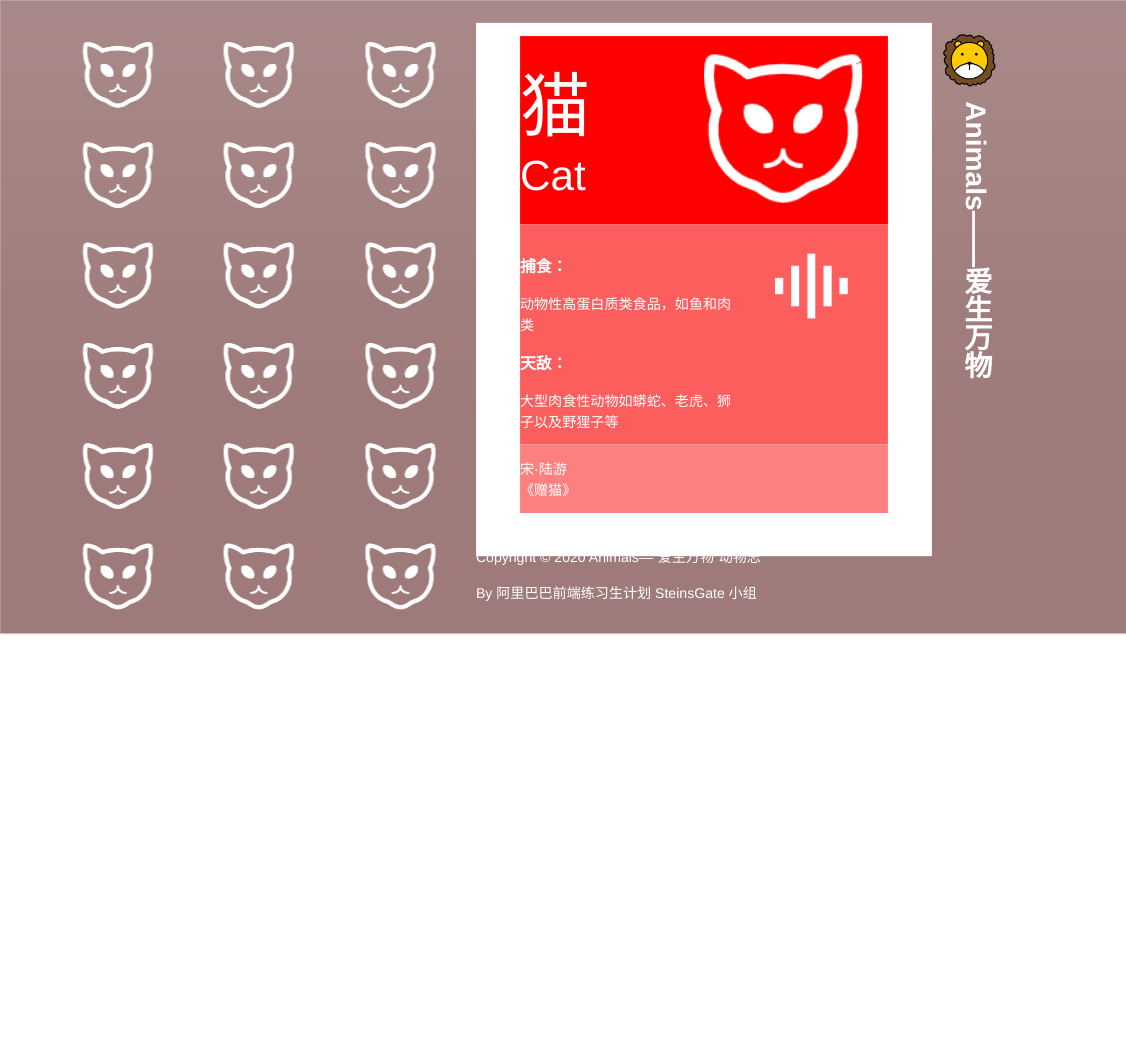
Repository: Whiskeyi/Animals
Page: /
An editor plug-in stored every save of this project. The page is shown before and after the next save, followed by the edit.
The browser window is 1280 px wide. The pictures show the whole page, at 88% of full size.
The project was rebuilt for these pictures with package versions that can differ from the ones it lists, and the page was loaded fresh each time.

Above is the page before, as saved 2021-11-16 00:33:45.

### public/index.html
<!DOCTYPE html>
<html lang="en">
  <head>
    <meta charset="utf-8">
    <meta http-equiv="X-UA-Compatible" content="IE=edge">
    <meta name="viewport" content="width=device-width,initial-scale=1.0">
    <link rel="icon" href="<%= BASE_URL %>favicon.ico">
    <title>Animals</title>
  </head>
  <body>
    <noscript>
      <strong>We're sorry but animals doesn't work properly without JavaScript enabled. Please enable it to continue.</strong>
    </noscript>
    <div id="app"></div>
    <!-- built files will be auto injected -->
  </body>
</html>

### src/main.js
import Vue from 'vue'
import App from './App.vue'
import router from './router'
import store from './store'
import './plugins/element.js' // 引入element-ui

Vue.config.productionTip = false

new Vue({
  router,
  store,
  render: h => h(App)
}).$mount('#app')

### src/App.vue
<template>
  <div id="app">
    <!-- 入口 -->
    <router-view/>
  </div>
</template>

<style lang="scss">
#app {
  font-family: 'Avenir', Helvetica, Arial, sans-serif;
  -webkit-font-smoothing: antialiased;
  -moz-osx-font-smoothing: grayscale;
}

html, body {  // 去除白边
    width: 100%;
    height: 100%;
    margin: 0;
    padding: 0;
    position: relative;
}

</style>

### src/router.js
// 路由
import Vue from 'vue'
import Router from 'vue-router'
import Home from './views/Home.vue'

Vue.use(Router)

export default new Router({
  mode: 'history',
  base: process.env.BASE_URL,
  routes: [
    {
      path: '/',
      name: 'home',
      component: Home
    }
  ]
})

### src/plugins/element.js
// 引入element-ui
import Vue from 'vue'

import ElementUI from 'element-ui';
import 'element-ui/lib/theme-chalk/index.css';

Vue.use(ElementUI);

### src/views/Home.vue
<template>
  <div class="home">
    <!-- 背景+光泽效果 -->
    <div class="bg">
      <Gloss></Gloss>
    </div>
    <!-- 页面容器 -->
    <div class="container">
      <!-- 左侧展示模块 -->
      <div id="leftContainer">
        <LeftMain></LeftMain>
      </div>
      <!-- 右侧展示模块 -->
      <div id="rightContainer">
        <!-- 输出信息 -->
          <Info></Info>
          <!-- 右侧标题 -->
          <RightHead></RightHead>
          <!-- 尾部 -->
          <Footer></Footer>
      </div>
    </div>
  </div>
</template>

<script>
// @ is an alias to /src
// 组件引入
import Gloss from '@/components/Gloss'
import Footer from '@/components/Footer'
import Info from '@/components/Info'
import RightHead from '@/components/right-head'
import LeftMain from '@/components/left-main'

export default {
  name: 'home',
  components: {
    Gloss,Footer,Info,RightHead,LeftMain
  }
}
</script>

<style lang="scss" scoped>
.home {
  // 滚动条样式修改（待定）
}
.bg {
  height: 100%;
  width: 100%;
  background-color:rgb(158, 122, 122);
  position: fixed;
  transition: background-color 2s ease-in; // 背景颜色2S过渡
  filter: blur(0.5px); // 背景高斯模糊
  // z-index: -9; //暂时注释,影响调试
}
#leftContainer {
  position: absolute;
  left: 10%;
  width: 30%;
  height: 100%;
  margin: 0 auto;
}
#rightContainer {
  position: fixed;
  right: 10%;
  width: 50%;
  height: 100%;
  margin: 0 auto;
}
@media screen and (max-width: 1440px) { // 屏幕小于1440px样式
  #leftContainer {
  position: absolute;
  left: 5%;
  width: 36%;
  height: 100%;
  margin: 0 auto;
}
#rightContainer {
  position: fixed;
  right: 5%;
  width: 54%;
  height: 100%;
  margin: 0 auto;
}
}
</style>

### src/components/Gloss/index.vue
<template>
<!-- 实现光泽效果,丰富背景颜色 -->
<div id="gloss"></div>
</template>

<script>
export default {

}
</script>

<style lang="scss" scoped>
#gloss {
    position: fixed;
    width: 100%;
    height: 478px;
    background: url('../../assets/gloss.png') repeat-x;
    // z-index: -8;  //暂时注释,影响调试
}
</style>

### src/components/Footer/index.vue
<template>
  <div class="footerContainer">
      <p>Copyright © 2020 Animals—“爱生万物”动物志</p>
      <p>By 阿里巴巴前端练习生计划 SteinsGate 小组</p>
  </div>
</template>

<script>
export default {

}
</script>

<style lang="scss" scoped>
.footerContainer {
    position: fixed;
    bottom: 0;
    font-size: 1rem;
    color:#fff;
    margin:0 0 20px 16px;
}
</style>

### src/components/Info/index.vue
<template>
  <div class="infoContainer">
    <div class="infPadding">
    <Introduce></Introduce>
    <HabbitVoice></HabbitVoice>
    <IntroduceBottom></IntroduceBottom>
    </div>
  </div>
</template>

<script>
import Introduce from './Introduce'
import HabbitVoice from './habbit-voice'
import IntroduceBottom from './introduce-bottom'
export default {
  name: 'Info',
  components: {
    Introduce, HabbitVoice, IntroduceBottom
  }
}
</script>

<style lang="scss" scoped>
.infoContainer {
    float: left;
    z-index: 10000;
    width: 82%;
    height: 80%;
    margin: 26px 0 0 16px;
    padding: 15px 0px;
    background-color: #fff;
    color:#fff;
}
.infPadding {
  padding: 0 50px;
}
.infoContainer logo {
    position: absolute;
}
@media screen and (max-width: 1440px) { // 屏幕小于1440px样式
  .infoContainer {
    float: left;
    z-index: 10000;
    width: 75%;
    height: 80%;
    margin: 26px 0 0 16px;
    background-color: #fff;
}
}
</style>

### src/components/right-head/index.vue
<template>
  <div class="rightHeadContainer">
      <el-image class="logo" alt="logo" :src="require('@/icons/index.png')"></el-image>
      <h1 class="vertical">Animals——爱生万物</h1>
  </div>
</template>

<script>
export default {

}
</script>

<style lang="scss" scoped>
.rightHeadContainer {
    float: left;
    height: 400px;
    width: 100px;
    margin: 26px 0 0 16px;
}
.vertical {
    writing-mode: vertical-lr;
    padding-left: 5px;
    color: #fff;
}
@media screen and (max-width: 1440px) { // 屏幕小于1440px样式
    .rightHeadContainer {
        float: left;
        height: 400px;
        width:85px;
        margin: 26px 0 0 0;
    }
    .vertical {
        writing-mode: vertical-lr;
        padding-right: 0;
        color: #fff;
    }
}
</style>

### src/components/left-main/index.vue
<template>
  <div class="leftContainer">
    <el-row :gutter="20" type="flex" justify="center">
      <el-col :span="8">
        <el-image class="logo" alt="logo" :src="require('@/icons//animals/cat.png')"></el-image>
      </el-col>
      <el-col :span="8">
        <el-image class="logo" alt="logo" :src="require('@/icons//animals/cat.png')"></el-image>
      </el-col>
      <el-col :span="8">
        <el-image class="logo" alt="logo" :src="require('@/icons//animals/cat.png')"></el-image>
      </el-col>
    </el-row>
    <el-row :gutter="20" type="flex" justify="center">
      <el-col :span="8">
        <el-image class="logo" alt="logo" :src="require('@/icons//animals/cat.png')"></el-image>
      </el-col>
      <el-col :span="8">
        <el-image class="logo" alt="logo" :src="require('@/icons//animals/cat.png')"></el-image>
      </el-col>
      <el-col :span="8">
        <el-image class="logo" alt="logo" :src="require('@/icons//animals/cat.png')"></el-image>
      </el-col>
    </el-row>
    <el-row :gutter="20" type="flex" justify="center">
      <el-col :span="8">
        <el-image class="logo" alt="logo" :src="require('@/icons//animals/cat.png')"></el-image>
      </el-col>
      <el-col :span="8">
        <el-image class="logo" alt="logo" :src="require('@/icons//animals/cat.png')"></el-image>
      </el-col>
      <el-col :span="8">
        <el-image class="logo" alt="logo" :src="require('@/icons//animals/cat.png')"></el-image>
      </el-col>
    </el-row>
    <el-row :gutter="20" type="flex" justify="center">
      <el-col :span="8">
        <el-image class="logo" alt="logo" :src="require('@/icons//animals/cat.png')"></el-image>
      </el-col>
      <el-col :span="8">
        <el-image class="logo" alt="logo" :src="require('@/icons//animals/cat.png')"></el-image>
      </el-col>
      <el-col :span="8">
        <el-image class="logo" alt="logo" :src="require('@/icons//animals/cat.png')"></el-image>
      </el-col>
    </el-row>
    <el-row :gutter="20" type="flex" justify="center">
      <el-col :span="8">
        <el-image class="logo" alt="logo" :src="require('@/icons//animals/cat.png')"></el-image>
      </el-col>
      <el-col :span="8">
        <el-image class="logo" alt="logo" :src="require('@/icons//animals/cat.png')"></el-image>
      </el-col>
      <el-col :span="8">
        <el-image class="logo" alt="logo" :src="require('@/icons//animals/cat.png')"></el-image>
      </el-col>
    </el-row>
    <el-row :gutter="20" type="flex" justify="center">
      <el-col :span="8">
        <el-image class="logo" alt="logo" :src="require('@/icons//animals/cat.png')"></el-image>
      </el-col>
      <el-col :span="8">
        <el-image class="logo" alt="logo" :src="require('@/icons//animals/cat.png')"></el-image>
      </el-col>
      <el-col :span="8">
        <el-image class="logo" alt="logo" :src="require('@/icons//animals/cat.png')"></el-image>
      </el-col>
    </el-row>
    <el-row :gutter="20" type="flex" justify="center">
      <el-col :span="8">
        <el-image class="logo" alt="logo" :src="require('@/icons//animals/cat.png')"></el-image>
      </el-col>
      <el-col :span="8">
        <el-image class="logo" alt="logo" :src="require('@/icons//animals/cat.png')"></el-image>
      </el-col>
      <el-col :span="8">
        <el-image class="logo" alt="logo" :src="require('@/icons//animals/cat.png')"></el-image>
      </el-col>
    </el-row>
    <el-row :gutter="20" type="flex" justify="center">
      <el-col :span="8">
        <el-image class="logo" alt="logo" :src="require('@/icons//animals/cat.png')"></el-image>
      </el-col>
      <el-col :span="8">
        <el-image class="logo" alt="logo" :src="require('@/icons//animals/cat.png')"></el-image>
      </el-col>
      <el-col :span="8">
        <el-image class="logo" alt="logo" :src="require('@/icons//animals/cat.png')"></el-image>
      </el-col>
    </el-row>
    <el-row :gutter="20" type="flex" justify="center">
      <el-col :span="8">
        <el-image class="logo" alt="logo" :src="require('@/icons//animals/cat.png')"></el-image>
      </el-col>
      <el-col :span="8">
        <el-image class="logo" alt="logo" :src="require('@/icons//animals/cat.png')"></el-image>
      </el-col>
      <el-col :span="8">
        <el-image class="logo" alt="logo" :src="require('@/icons//animals/cat.png')"></el-image>
      </el-col>
    </el-row>
    <el-row :gutter="20" type="flex" justify="center">
      <el-col :span="8">
        <el-image class="logo" alt="logo" :src="require('@/icons//animals/cat.png')"></el-image>
      </el-col>
      <el-col :span="8">
        <el-image class="logo" alt="logo" :src="require('@/icons//animals/cat.png')"></el-image>
      </el-col>
      <el-col :span="8">
        <el-image class="logo" alt="logo" :src="require('@/icons//animals/cat.png')"></el-image>
      </el-col>
    </el-row>
  </div>
</template>

<script>
export default {

}
</script>

<style lang="scss" scoped>
.leftContainer {
  padding: 30px 0;
  width: 100%;
  text-align: center;
}
.leftContainer .logo {
  width: 110px;
  height: 110px;
  padding: 20px 0;
}
 @media screen and (max-width: 1440px) { // 屏幕小于1440px样式
  .leftContainer .logo {
    height: 80px;
    width: 80px;
    padding: 15px 0;
  }
 }
</style>

### src/components/Info/Introduce/index.vue
<template>
  <div class="introduce">
      <el-row class="intContainer">
          <el-col :span="12">
              <div class="title">猫</div>
              <div class="subTitle">Cat</div>
          </el-col>
          <el-col :span="12">
            <el-image class="logo" alt="logo" :src="require('@/icons/animals/cat.png')"></el-image>
          </el-col>
      </el-row>
  </div>
</template>

<script>
export default {

}
</script>

<style lang="scss" scoped>
.introduce {
    background-color: red;
    height: 30%;
    width: 100%;
}
.intContainer {
    padding: 15px 0;
}
.logo {
    height: 180px;
    width: 180px;
}
.title {
    font-size: 80px;
}
.subTitle {
    font-size: 48px;
}
</style>

### src/components/Info/habbit-voice/index.vue
<template>
  <div class="habVoice">
       <el-row class="habContainer">
          <el-col class="habContent" :span="14">
              <p class="foodTitle">捕食：</p>
              <div class="food">动物性高蛋白质类食品，如鱼和肉类</div>
              <p class="enemyTitle">天敌：</p>
              <div class="enemy">大型肉食性动物如蟒蛇、老虎、狮子以及野狸子等</div>
          </el-col>
          <el-col :span="10">
            <el-image class="logo" alt="logo" :src="require('@/icons/voice.png')"></el-image>
          </el-col>
      </el-row>
  </div>
</template>

<script>
export default {

}
</script>

<style lang="scss" scoped>
.habVoice {
    background-color: rgb(252, 94, 94);
    height: 30%;
    text-align: center;
}
.habContainer {
    padding: 15px 0;
}
.habContent p {
    font-size: 18px;
    font-weight: bold;
    text-align: left;
}
.habContent div {
    font-size: 16px;
    text-align: left;
}
.logo {
    height: 110px;
    width: 110px;
}
</style>

### src/components/Info/introduce-bottom/index.vue
<template>
<div class="fooBottom">
     <el-row class="botContainer">
          <el-col class="poem" :span="10">
              <div class="content"></div>
              <div class="author">宋·陆游</div>
              <div class="poemTitle">《赠猫》</div>
              <!-- <p class="foodTitle">捕食：</p>
              <div class="food">动物性高蛋白质类食品，如鱼和肉类</div>
              <p class="enemyTitle">天敌：</p>
              <div class="enemy">大型肉食性动物如蟒蛇、老虎、狮子以及野狸子等</div> -->
          </el-col>
          <el-col :span="14">

          </el-col>
      </el-row>
</div>
</template>

<script>
export default {

}
</script>

<style lang="scss" scoped>
.fooBottom {
    background-color: rgb(253, 128, 128);
    height: 50%;
    width: 100%;
}
.botContainer {
    padding: 15px 0;
}
</style>

Loaded but not shown: src/store.js (common file)

After the next save:
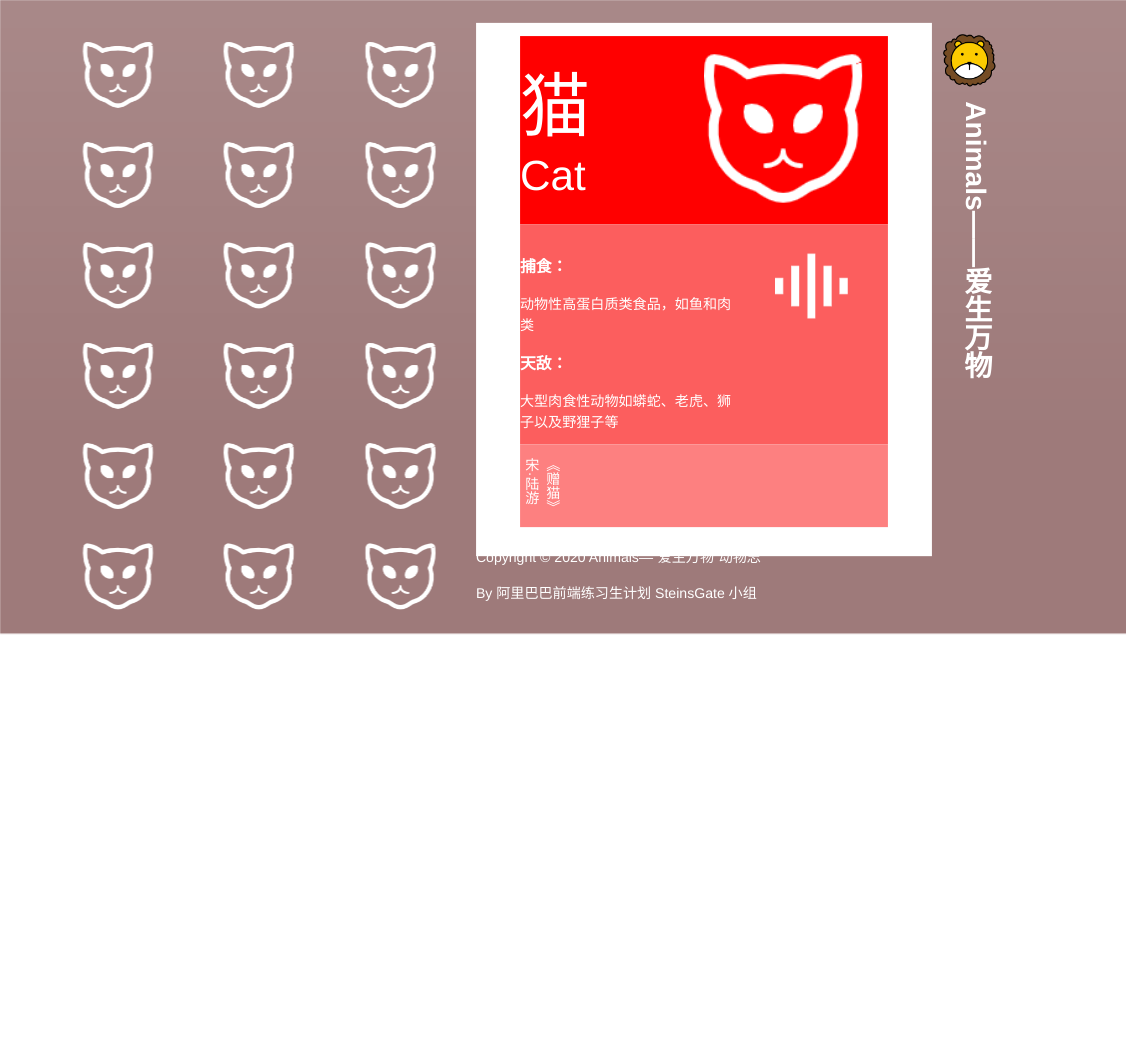
Saved 54 s later.
--- a/src/components/Info/introduce-bottom/index.vue
+++ b/src/components/Info/introduce-bottom/index.vue
@@ -32,4 +32,7 @@ export default {
 .botContainer {
     padding: 15px 0;
 }
+.poem {
+    writing-mode: vertical-lr;
+}
 </style>
